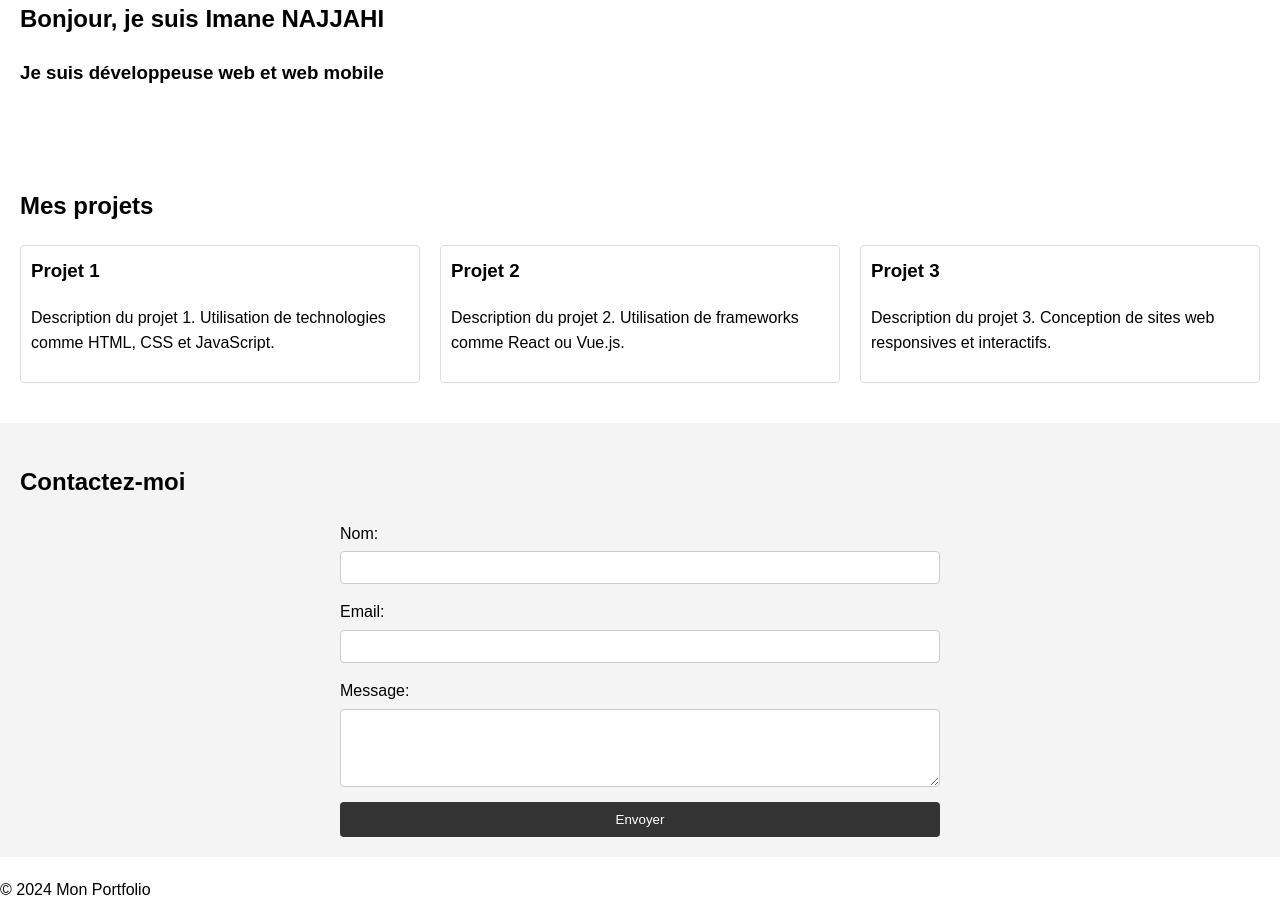
Repository: Najjahi/10mentions_web_back
Page: 02_PHP/portefolio/apropos.html
These files come from the project's save history. The page is drawn as it stood at one moment and after a run of saves; the edit follows.
The browser window is 1280 px wide. The pictures show the part of the page from y = 439 to 1357 px (the page is 1357 px tall before and 1168 px after).
A picture or video elsewhere on the page could not be fetched, so the positions and the page height are approximate. Some web fonts or font styles are not loaded; a fallback is used.

Above is the page before, as saved 2024-11-30 16:16:31.

### 02_PHP/portefolio/apropos.html
<!DOCTYPE html>
<html lang="fr">
<head>
    <meta charset="UTF-8">
    <meta name="viewport" content="width=device-width, initial-scale=1.0">
    <title>Mon Portfolio</title>
    <link rel="stylesheet" href="css/style.css">
</head>
<body>
    <header>
        <a href="#" class="logo">Imane</a>

        <nav>
            <a href="#" class="active">Home</a>
            <a href="#">Experience</a>
            <a href="#">Etudes</a>
            <a href="#">Langues</a>
            <a href="#">Contact</a>
        </nav>
    </header>

    <section class="home">
        <div class="home_img">
            <img src="main.jpg" alt="">
        </div>
        <div class="contact">
            <h1>Bonjour, je suis <span>Imane NAJJAHI</span></h1>
            <h3 class="text"> Je suis <span> développeuse web et web mobile </span></h3>
            <p><p>
                <div class="icons">
                    <a href="#"> <i class="fa-brands fa-linkedin"></i></a>
                    <a href="#"> <i class="fa-brands fa-github"></i></a>


                </div>
        </div>

    </section>

    <section id="projets">
        <h2>Mes projets</h2>
        <div class="project-list">
            <article class="project">
                <h3>Projet 1</h3>
                <p>Description du projet 1. Utilisation de technologies comme HTML, CSS et JavaScript.</p>
            </article>
            <article class="project">
                <h3>Projet 2</h3>
                <p>Description du projet 2. Utilisation de frameworks comme React ou Vue.js.</p>
            </article>
            <article class="project">
                <h3>Projet 3</h3>
                <p>Description du projet 3. Conception de sites web responsives et interactifs.</p>
            </article>
        </div>
    </section>

    <section id="contact">
        <h2>Contactez-moi</h2>
        <form>
            <label for="name">Nom:</label>
            <input type="text" id="name" name="name" required>

            <label for="email">Email:</label>
            <input type="email" id="email" name="email" required>

            <label for="message">Message:</label>
            <textarea id="message" name="message" rows="4" required></textarea>

            <button type="submit">Envoyer</button>
        </form>
    </section>

    <footer>
        <p>&copy; 2024 Mon Portfolio</p>
    </footer>
</body>
</html>

### 02_PHP/portefolio/css/style.css
@import url('https://fonts.googleapis.com/css2?family=Poller+One&family=Poppins:ital,wght@0,100;0,200;0,300;0,400;0,500;0,600;0,700;0,800;0,900;1,100;1,200;1,300;1,400;1,500;1,600;1,700;1,800;1,900&display=swap');




body {
    font-family: Arial, sans-serif;
    margin: 0;
    padding: 0;
    line-height: 1.6;
}

header {
    background: #333;
    color: #fff;
    padding: 10px 20px;
    text-align: center;
}

nav ul {
    list-style: none;
    padding: 0;
    display: flex;
    justify-content: center;
}

nav ul li {
    margin: 0 15px;
}

nav ul li a {
    color: #fff;
    text-decoration: none;
}

/* Styles des sections */
section {
    padding: 20px;
    margin: 20px 0;
}

section#about {
    background: #f4f4f4;
}

section#projects {
    background: #e2e2e2;
}

section#contact {
    background: #f4f4f4;
}

/* Styles du formulaire */
form {
    display: flex;
    flex-direction: column;
    max-width: 600px;
    margin: auto;
}

form label {
    margin-bottom: 5px;
}

form input, form textarea {
    margin-bottom: 15px;
    padding: 8px;
    border: 1px solid #ccc;
    border-radius: 4px;
}

form button {
    padding: 10px;
    background: #333;
    color: #fff;
    border: none;
    border-radius: 4px;
    cursor: pointer;
}

form button:hover {
    background: #555;
}

/* Styles pour les projets */
.project-list {
    display: grid;
    grid-template-columns: repeat(auto-fit, minmax(250px, 1fr));
    gap: 20px;
}

.project {
    padding: 10px;
    background: #fff;
    border: 1px solid #ddd;
    border-radius: 4px;
}

.project h3 {
    margin-top: 0;
}

After the next 9 saves:
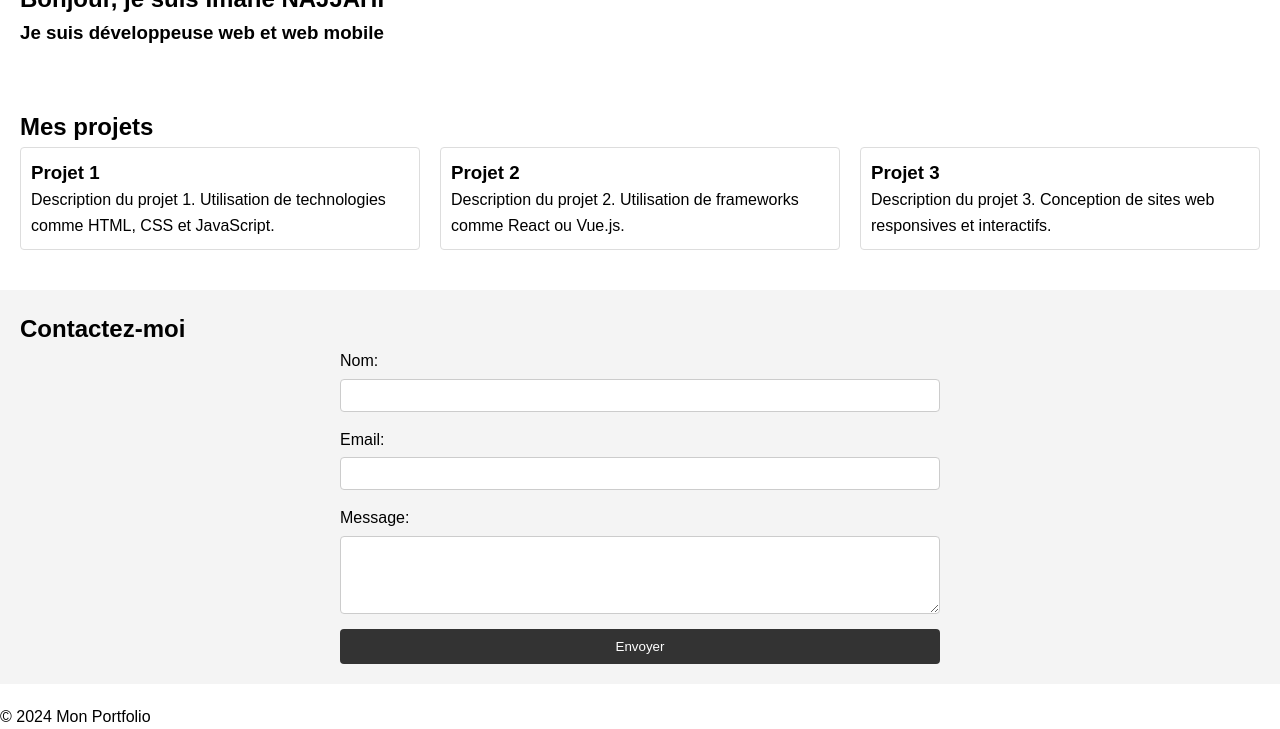
The 9 saves are shown as one change because they came seconds apart.
The last was saved 21 s later.
--- a/02_PHP/portefolio/css/style.css
+++ b/02_PHP/portefolio/css/style.css
@@ -1,6 +1,8 @@
 @import url('https://fonts.googleapis.com/css2?family=Poller+One&family=Poppins:ital,wght@0,100;0,200;0,300;0,400;0,500;0,600;0,700;0,800;0,900;1,100;1,200;1,300;1,400;1,500;1,600;1,700;1,800;1,900&display=swap');
 
-
+* {
+    margin: 0;
+}
 
 
 body {
